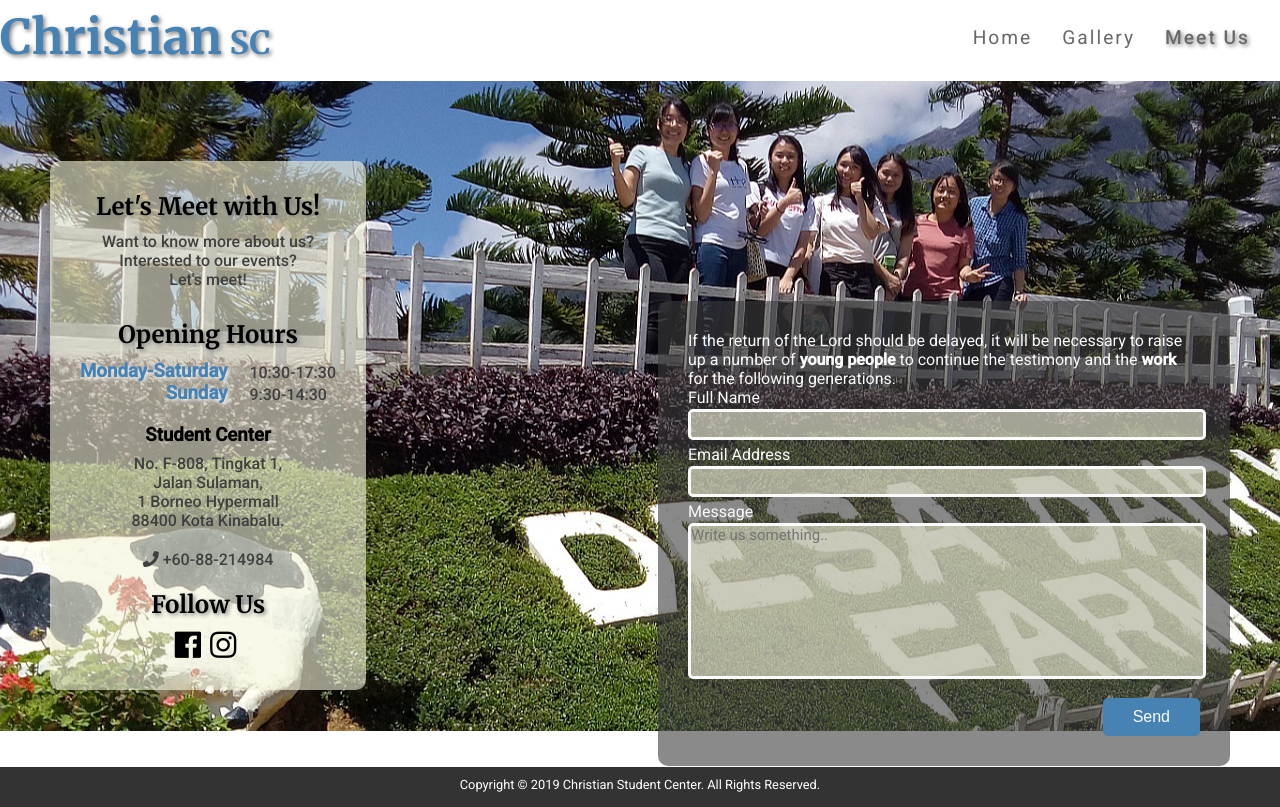
Repository: kongteckmee/christian-sc
Page: meet.html
The author's editor kept a record of every edit. The page is drawn from the files as they stood at one moment, then again after the next edit.
The browser window is 1280 px wide. The pictures show the whole page.
Some web libraries are served in a nearby version.

Above is the page before.

### meet.html
<!DOCTYPE html>
<html lang="en">

<head>
    <meta charset="UTF-8">
    <meta name="viewport" content="width=device-width, initial-scale=1.0">
    <meta http-equiv="X-UA-Compatible" content="ie=edge">
    <link rel="stylesheet" href="https://use.fontawesome.com/releases/v5.1.1/css/all.css" integrity="sha384-O8whS3fhG2OnA5Kas0Y9l3cfpmYjapjI0E4theH4iuMD+pLhbf6JI0jIMfYcK3yZ" crossorigin="anonymous">
    <link rel="stylesheet" href="assets/css/style.css" type="text/css" />
    <title>Christian Student Center</title>
</head>

<body>
    <header>
        <a id="logo" href="index.html">
            <h2><span style="font-size: 150%">Christian</span> SC</h2>
        </a>
        <nav>
            <ul id="scmenu">
                <li>
                    <a class="scactive" href="meet.html">Meet Us</a>
                </li>
                <li>
                    <a href="gallery.html">Gallery</a>
                </li>
                <li>
                    <a href="index.html">Home</a>
                </li>
            </ul>
        </nav>
    </header>
    <section id="meet">
        <div id="location">
            <div id="contact">
                <h2>Let's Meet with Us!</h2>
                <p>Want to know more about us?</p>
                <p>Interested to our events?</p>
                <p>Let's meet!</p>
            </div>
            <div id="open">
                <h2>Opening Hours</h2>
                <div id="day">
                    <h3>Monday-Saturday</h3>
                    <h3>Sunday</h3>
                </div>
                <div id="time">
                    <p>10:30-17:30</p>
                    <p>9:30-14:30</p>
                </div>
            </div>
            <div id="address">
                <h3>Student Center</h3>
                <br>
                <p>No. F-808, Tingkat 1,</p>
                <p>Jalan Sulaman,</p>
                <p>1 Borneo Hypermall</p>
                <p>88400 Kota Kinabalu.</p>
            </div>
            <div id="phone">
                <p><i class="fas fa-phone"></i> +60-88-214984</p>
            </div>
            <div id="follow">
                <h2>Follow Us</h2>
                <nav>
                    <ul id="social">
                        <li><a href="https://www.facebook.com/thechurchinkk/" target="_blank"> <i class="fab fa-facebook"></i></a></li>
                        <li><a href="https://www.instagram.com/studentcenterkk/" target="_blank"> <i class="fab fa-instagram"></i></a></li>
                    </ul>
                </nav>
            </div>
        </div>
        <div id="form">
            <form>
                <p>If the return of the Lord should be delayed, it will be necessary to raise up a number of <strong>young people</strong> to continue the testimony and the <strong>work</strong> for the following generations.</p>
                <label for="fullname">Full Name</label>
                <input class="place-input" type="text" name="full_name" id="fullname" required />
                <label for="email">Email Address</label>
                <input class="place-input" type="email" name="email_address" id="email" required />
                <label for="message">Message</label>
                <textarea class="place-input" id="message" name="message" placeholder="Write us something.." style="height:150px" required></textarea>
                <button type="submit">Send</button>
            </form>
        </div>
    </section>
    <footer>
        <div id="footer-copyright">
            <p>Copyright © 2019 Christian Student Center. All Rights Reserved.</p>
        </div>
    </footer>
</body>

</html>

### assets/css/style.css
@import url('https://fonts.googleapis.com/css?family=Merriweather:500,600,700|Roboto:300,400,500');

* {
    margin: 0;
    padding: 0;
    border: 0;
}

body {
    font-family: 'Roboto', sans-serif;
    color: #696969; /*Grey color */
}

/* ------------------------------------------------------ Header */

#logo {
    float: left;
    text-decoration: none;
}

#logo h2 {
    font-family: 'Merriweather', serif;
    font-size: 200%;
    color: #4682b4; /* Steel Blue color */
    text-shadow: 2px 2px 4px #808080;
}

#scmenu {
    font-size: 120%;
    list-style-type: none;
    letter-spacing: 2px;
}

#logo, #scmenu {
    line-height: 75px;
}

#scmenu li {
    float: right;
    margin-right: 30px;
}

#scmenu a {
    text-decoration: none;
    color: inherit;
}

#scmenu a:hover {
    color: #4682b4; /* Steel Blue color */
    font-weight: 500;
    text-shadow: 2px 2px 4px #808080;
}

.scactive {
    font-weight: 500;
    text-shadow: 2px 2px 4px #808080;
}

/* ------------------------------------------------------ Section: Welcome */

#scmeeting {
    height: 700px;
    width: 100%;
    background: url("../img/meeting-t.jpg") no-repeat center center;
}

#scgallery {
    height: 550px;
    width: 100%;
    background: url("../img/r_combined-t.jpg") no-repeat center center;
    margin-left: 140px;
    overflow: hidden;
}

#outing {
    height: 720px;
    width: 100%;
}

#photo img {
    width: 49%;
    margin-left: 4px;
}

#scmeetingrange {
    height: 700px;
    width: 100%;
    overflow: hidden;
}

#welcome-text {
    width: 400px;
    height: 220px;
    color: #fefcff; /* Milky white */
    background-color: rgba(212,175,55,.7);
    padding-top:20px;
    bottom: 35px; /* Fixed the welcome text box-bottom */
    right: 100px; /* Fixed the welcome text box-right */
    position: absolute;
}

#gallery-text {
    width: 350px;
    height: 350px;
    color: #fefcff; /* Milky white */
    background-color: rgba(219,112,147,.7);
    padding-top:20px;
    bottom: 200px;
    right: 940px;
    position: absolute;
}

#outing-text h1, #photo h1 {
    text-shadow: 2px 2px 4px #808080;
}

#video iframe {
    margin: 0 auto;
    display: block;
}

#welcome-text h1 {
    margin-bottom: 5px;
    font-size: 300%;
    font-family: 'Merriweather', serif;
    text-transform: uppercase;
    text-align: center;
    letter-spacing: 4px;
}

#gallery-text h1, #outing-text h1, #photo-text h1 {
    margin-top: 10px;
    margin-bottom: 20px;
    font-size: 250%;
    font-family: 'Merriweather', serif;
    /*text-transform: uppercase;*/
    text-align: center;
    letter-spacing: 4px;
}

hr {
    width: 80%;
    height: 3px;
    margin-left: auto;
    margin-right: auto;
    background-color:#fefcff; /* Milky white */
}

#welcome-text h3 {
    margin: 20px;
    font-size: 130%;
    font-weight: 300;
    text-align: center;
}

#gallery-text h3, #outing-text h3, #photo-text h3 {
    margin: 35px;
    font-size: 130%;
    font-weight: 300;
    text-align: center;
}

/* ------------------------------------------------------ Section: About */

#about {
    height: 500px;
}

#about h1 {
    margin-top: 30px;
    margin-bottom: 30px;
    font-family: 'Merriweather', serif;
    color: #4682b4; /* Steel Blue color */
    text-transform: uppercase;
    text-align: center;
    text-shadow: 2px 2px 4px #808080;
    font-size: 200%;
    letter-spacing: 1px;
}

#about h2 {
    font-family: 'Merriweather', serif;
    font-size: 130%;
    text-transform: uppercase;
    text-shadow: 2px 2px 4px #808080;
}

#left {
    margin-right: 30px;
    padding-top: 30px;
    width: 30%;
    float: left;
}

#right {
    margin-right: 30px;
    padding-top: 30px;
    width: 30%;
    float: right;
}

#center {
    padding-top: 30px;
    width: 33%;
    margin: 0 auto; /* center the div */
}

br {
    display: block;
    content: "";
    margin: 2em;
    font-size: 24%; /* spacing */
}

.left-right-side {
    width: 50%;
    float: right;
    padding-top: 40px;
    clear: both;
    margin-left: 20px;
    margin-bottom: 50px;
}

.middle {
    width: 50%;
    float: right;
    padding-top: 40px;
    margin-right: 20px;
}

#container {
    width: 150px;
    height: 150px;
    border: 3px solid #cccccc;
    border-radius: 50%;
    margin-left: 20px;
    margin-bottom: 20px;
}

#contain-study {
    background: url("../img/study-group.jpg") no-repeat center center;
    height: 100%;
    border-radius: 50%;
}

#contain-wifi {
    background: url("../img/free-wifi.jpg") no-repeat center center;
    height: 100%;
    border-radius: 50%;
}

#contain-seminar {
    background: url("../img/truth-seminar.jpg") no-repeat center center;
    height: 100%;
    border-radius: 50%;
}

#contain-bible {
    background: url("../img/bible-study.jpg") no-repeat center center;
    height: 100%;
    border-radius: 50%;
}

#contain-cafe {
    background: url("../img/cafe.jpg") no-repeat center center;
    height: 100%;
    border-radius: 50%;
}

#contain-books {
    background: url("../img/spiritual-book.jpg") no-repeat center center;
    height: 100%;
    border-radius: 50%;
}

/* ------------------------------------------------------ Section: Event */

#event {
    height: 250px;
    /*background-color: #a9a9a9;*/
}

#event div {
    color: #ffebcd;
    width: 19.2%;
    height: 90%;
    float: left;
    padding-top: 30px;
    text-align: center;
    margin: 5px;
}

#event h2 {
    color: #ffffff;
    font-family: 'Merriweather', serif;
    margin-bottom: 20px;
}

#event h3 {
    margin-top: 20px;
    font-weight: 400;
}

.black {
    background-color: rgba(48,48,48,.8);
}

.black h2 {
    line-height: 120px;
    text-transform: uppercase;
    text-shadow: 5px 5px 0px rgba(0,0,0,0.2);
}

.black h3 {
    color: #ffffff;
    font-size: 200%;
    text-shadow: 5px 5px 0px rgba(0,0,0,0.2);
}

.grey {
    background-color: rgba(105,105,105,.8);
}

.green {
    background-color: rgba(102,102,0,.8);
}

/* ------------------------------------------------------ Meet Us page */

#meet {
    height: 650px;
    width: 100%;
    clear: both;
    background: url("../img/desa.jpg") no-repeat center center;
}

#location {
    width: 20%;
    margin: 80px 0 0 50px;
    padding: 30px 30px 30px 30px;
    float: left;
    background-color: rgba(245,245,220,0.6);
    border-radius: 10px;
    color: #000;
    text-align: center;
}

#location h2 {
    font-family: 'Merriweather', serif;
    text-shadow: 2px 2px 4px #808080;
    margin-bottom: 10px;
}

#open {
    padding-top: 30px;
}

#day{
    float: left;
    text-align: right;
}

#day h3 {
    color: #4682b4;
    text-shadow: 2px 2px 4px #fff;
}

#time {
    float: right;
    text-align: left;
    color: #404040;
}

#time p {
    margin-top: 3px;
    font-weight: 500;
}

#address {
    clear: both;
    margin-top: 20px;
    display: inline-block;
}

#phone {
    margin-top: 20px;
}

#contact p, #address p, #phone p {
    font-weight: 500;
    color: #404040;
}

#follow {
    clear: both;
    margin-top: 20px;
}

#social li {
    display: inline;
}

#social i {
    font-size: 30px;
    margin-right: 5px;
    color: #000;
}

#social i:hover {
    color: #4682b4;
}

#form {
    width: 40%;
    margin: 220px 50px 0 0;
    padding: 30px 30px 30px 30px;
    float: right;
    background-color: rgba(60,60,60,0.6);
    border-radius: 10px;
    color: #fafafa;
}

.place-input {
    background-color: rgba(245,245,220,0.6);
    width: 100%;
    height: 25px;
    margin: 2px 0 5px 0;
    border: 3px solid #fafafa;
    border-radius: 5px;
    font-family: 'Roboto', sans-serif;
    font-size: 15px;
}

.place-input:hover {
    border-color: #4682b4;
}

textarea {
    resize: none;
}

button {
    background-color: #4682b4;
    margin-top: 10px;
    padding: 10px 30px 10px 30px;
    border-radius: 5px;
    color: #fafafa;
    font-size: 100%;
    text-align: center;
    display: block;
    float: right;
}

button:hover {
    background-color: #fafafa;
    color: #4682b4;
}

/* ------------------------------------------------------ Footer */

footer {
    /*margin-top: 5px;*/
    border-top: 1px solid #fff;
    height: 40px;
    width: 100%;
    background-color: #333333;
    clear: both;
}

footer #footer-copyright {
    color: #fff;
    line-height: 35px;
    font-size: 80%;
    text-align: center;
}

After the next edit:
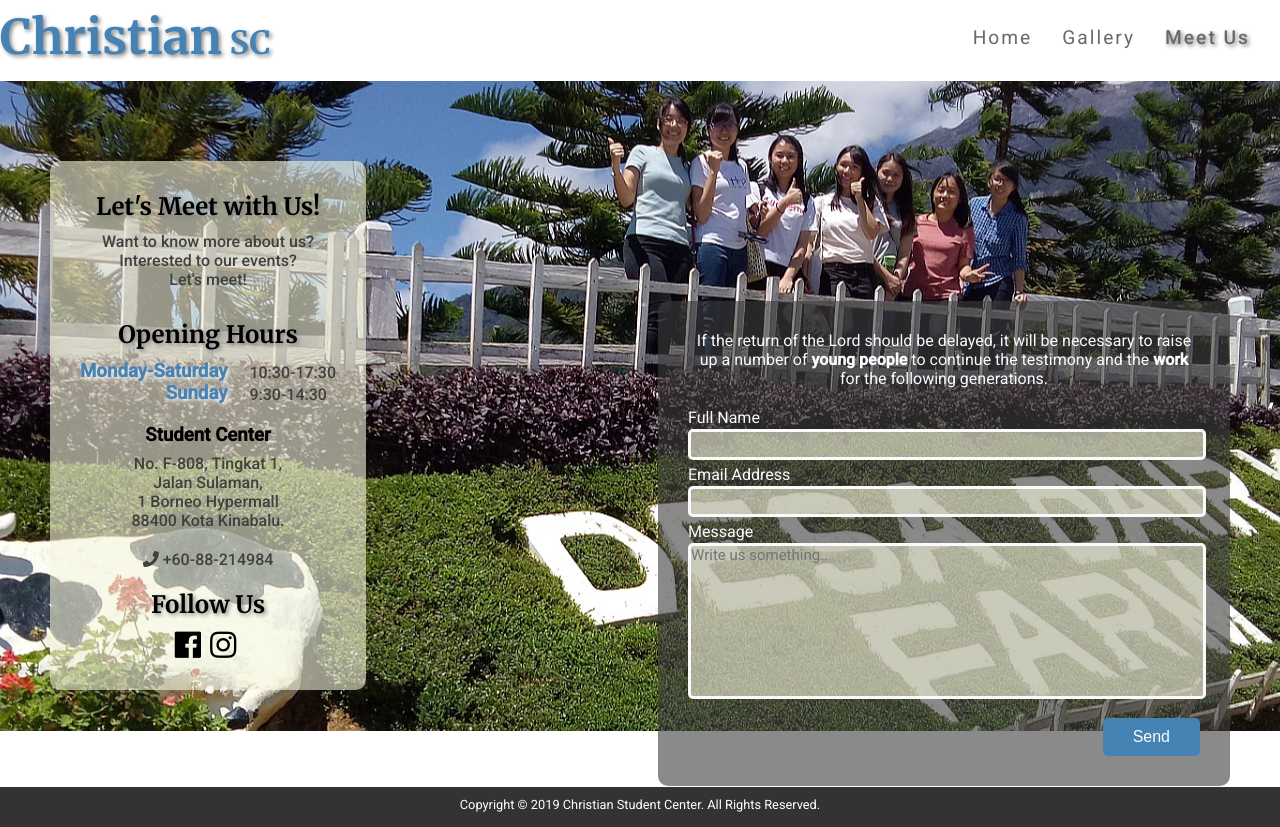
The edit:
--- a/assets/css/style.css
+++ b/assets/css/style.css
@@ -420,6 +420,11 @@
     color: #fafafa;
 }
 
+#form p {
+    text-align: center;
+    margin-bottom: 20px;
+}
+
 .place-input {
     background-color: rgba(245,245,220,0.6);
     width: 100%;
